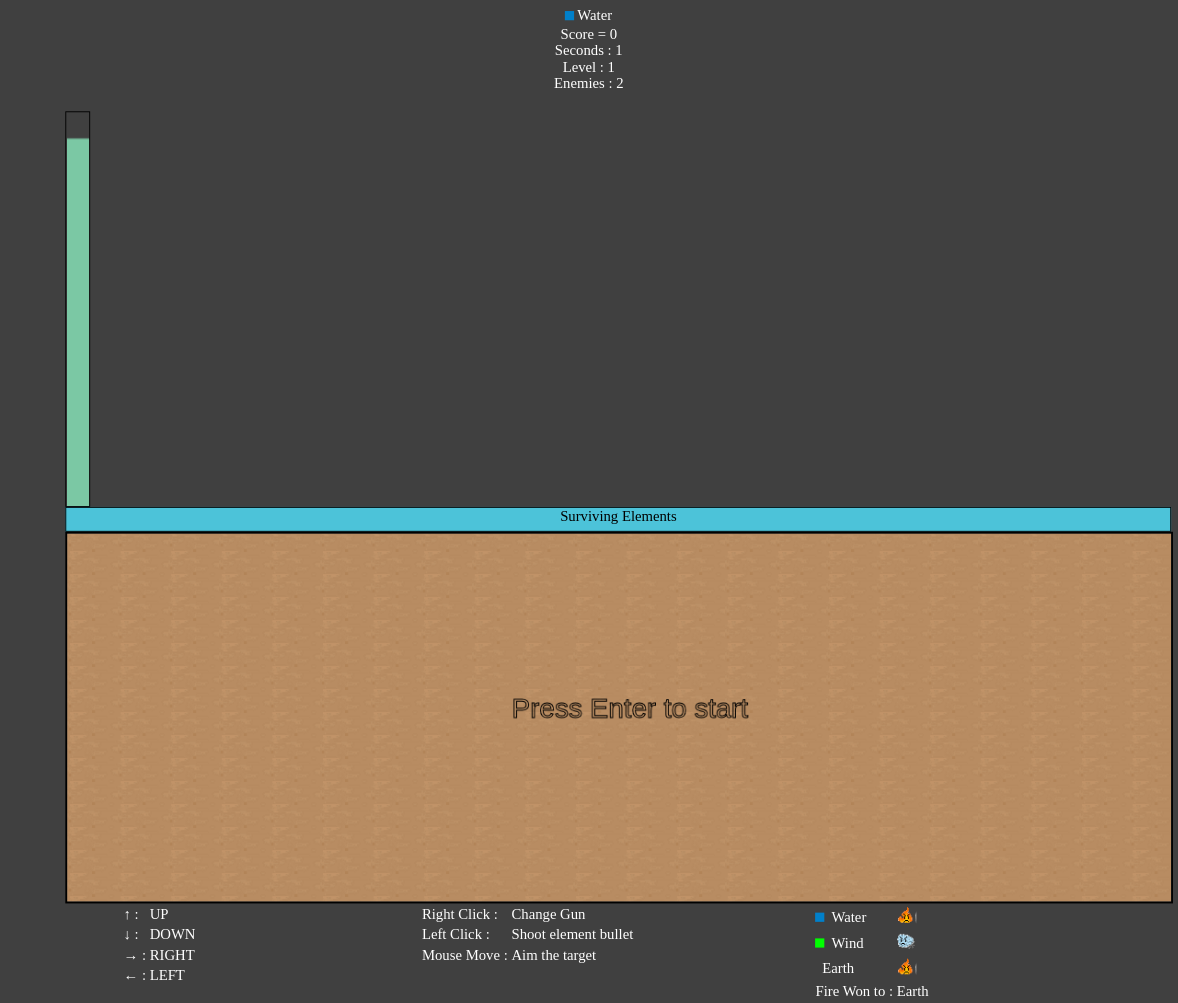
Repository: Pabloitto/Surviving-elements
Page: Surviving-Elements/index.html
The author's editor kept a record of every edit. The page is drawn from the files as they stood at one moment, then again after the next edit.
The browser window is 1280 px wide. The pictures show the whole page, at 92% of full size.

Above is the page before.

After the next edit:
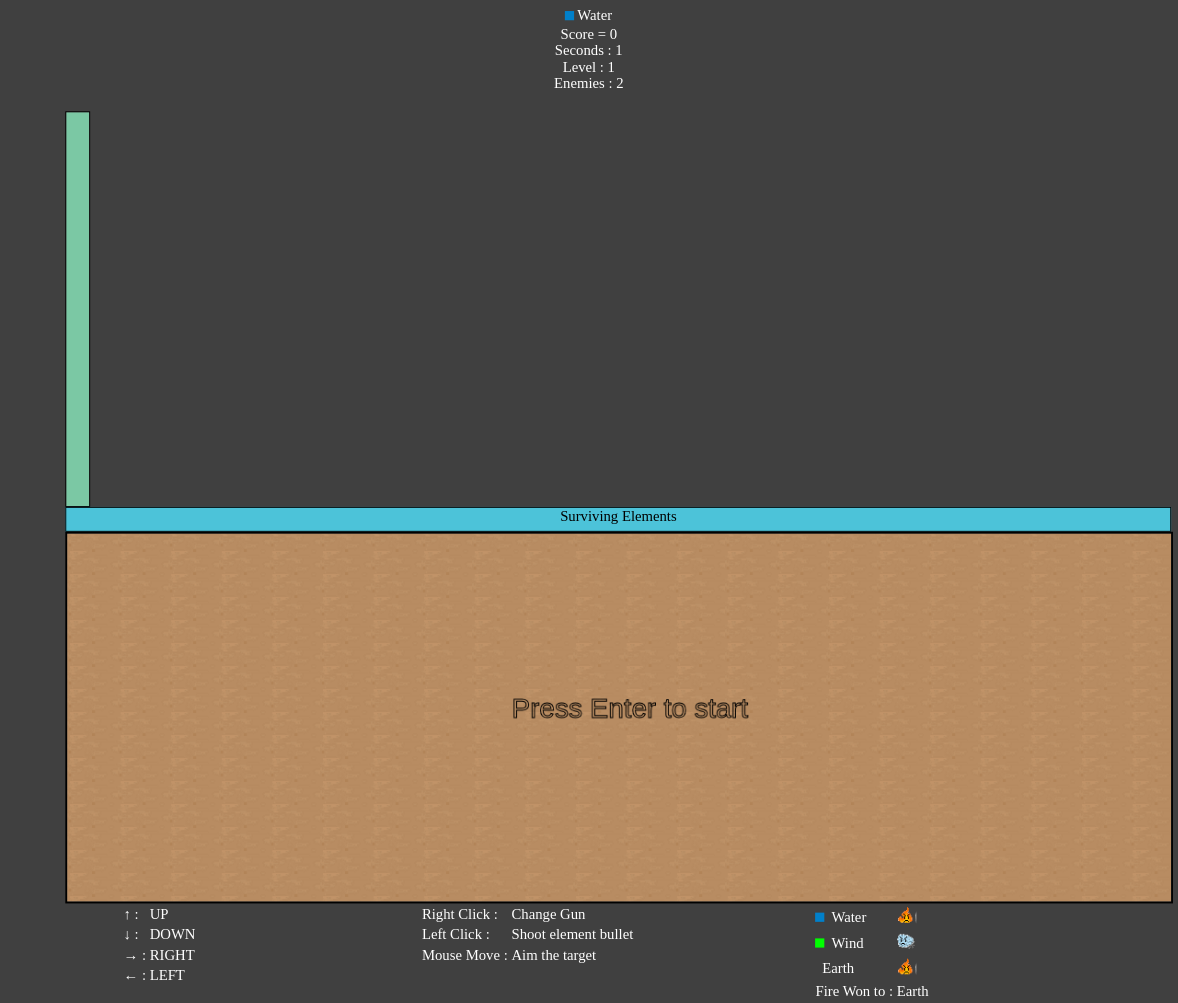
The edit:
--- a/Surviving-Elements/models/progressbar.js
+++ b/Surviving-Elements/models/progressbar.js
@@ -1,7 +1,9 @@
 $.ProgressBar= (function(shape){
-	function ProgressBar(width,height){
-		this.width = width;
-		this.height = height;
+	function ProgressBar(w,h){
+		this.width = w;
+		this.height = h;
+		this.x = 0;
+		this.y = 0;
 	}
 	ProgressBar.prototype = Object.create(shape.prototype);
 	return ProgressBar;
